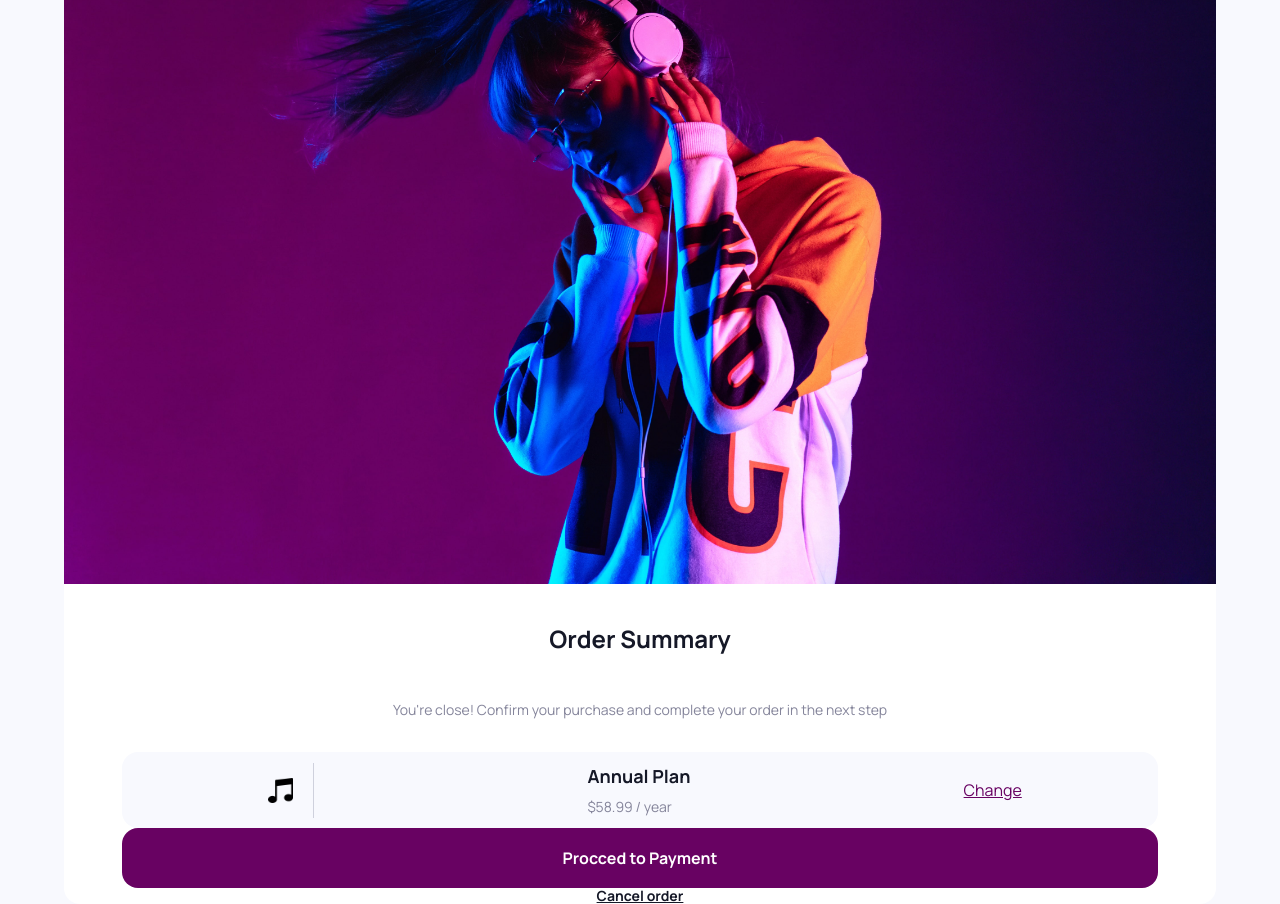
Repository: ssynowiec/INVO-Academy-solution
Page: /
An editor plug-in stored every save of this project. The page is shown before and after the next save, followed by the edit.
The browser window is 1280 px wide. The pictures show the whole page.
The project was rebuilt for these pictures with package versions that can differ from the ones it lists, and the page was loaded fresh each time.

Above is the page before, as saved 2023-03-04 20:19:45.

### index.html
<!DOCTYPE html>
<html lang="en">

<head>
  <meta charset="UTF-8" />
  <link rel="icon" type="image/svg+xml" href="/vite.svg" />
  <meta name="viewport" content="width=device-width, initial-scale=1.0" />
  <title>INVO Academy JS Starter with Vite</title>
</head>

<!-- In order to start your challenge, remove all the content inside <div id="home-page"></div> and start coding :) -->

<body>
  <div id="home-page" class="container">
    <section class="order">
      <img src="/images/girl.jpeg" alt="" class="order-image">
      <h1 class="order-title">Order Summary</h1>
      <p class="order-description">You're close! Confirm your purchase and complete your order in the next step</p>
      <div class="order-summary">
        <img src="/images/music.png" alt="" class="order-icon">
        <div class="product">
          <h2 class="product-name">Annual Plan</h2>
          <p class="product-price">$58.99 / year</p>
        </div>
        <a href="#" class="product-link">Change</a>
      </div>
      <button class="order-button">Procced to Payment</button>
      <a href="#" class="order-link">Cancel order</a>
    </section>
  </div>

  <script type="module" src="/src/global-scripts/main.js"></script>
  <script type="module" src="/src/pages/home-page/scripts/home-page.js"></script>
</body>

</html>

### src/pages/home-page/scripts/home-page.js
/// Homepage JavaScript File
/// Here we import all the JavaScript files we need for our homepage.

import '../styles/home-page.scss';

### src/global-styles/style.scss
/// Main Styles File
/// Here we import all the global Styles files we need for our project.

@import 'styles/normalize.scss';
@import 'styles/root.scss';
@import 'styles/fonts.scss';

body {
	font-family: 'Manrope', sans-serif;
	color: var(--color-primary);
	background-color: var(--color-background);
	display: flex;
	justify-content: center;
	align-items: center;
	height: 100vh;
}

p {
	color: var(--color-on-surface);
}

### src/pages/home-page/styles/home-page.scss
/// Homepage Styles File
/// Here we import all the Styles files we need for our Homepage.

.container {
	display: flex;
	justify-content: center;
	align-items: center;
}

.order {
	display: flex;
	flex-direction: column;
	justify-content: between;
	align-items: center;
	width: 90%;
	border-radius: 16px;
	overflow: hidden;
	background-color: var(--color-white);

	&-image {
		width: 100%;
		height: 20%;
		object-fit: cover;
	}

	&-title {
		font-weight: bold;
		padding-top: 25px;
		font-size: 24px;
		color: var(--color-title);
	}

	&-description {
		font-size: 14px;
		padding: 20px;
		color: var(--color-body);
		text-align: center;
	}

	&-summary {
		display: flex;
		justify-content: space-around;
		align-items: center;
		width: 90%;
		border-radius: 16px;
		background-color: var(--color-background);
	}

	&-icon {
		width: 25px;
		height: 25px;
		padding: 15px 20px 15px 10px;
		border-right: 1px solid var(--color-stroke);
	}

	&-button {
		width: 90%;
		height: 60px;
		padding: 10px;
		border-radius: 16px;
		font-weight: bold;
		font-size: 16px;
		line-height: 160%;
		letter-spacing: -1%;
		border: none;
		background-color: var(--color-primary);
		color: var(--color-white);
		cursor: pointer;

		&:hover {
			background-color: var(--color-primary-hover);
		}
	}

	&-link {
		letter-spacing: -1%;
		// padding-top: 50px;
		font-size: 14px;
		font-weight: bold;
		color: var(--color-title);
	}
}

.product {
	color: var(--color-title);

	&-name {
		font-size: 18px;
		line-height: 18px;
		font-weight: bold;
	}

	&-price {
		font-weight: medium;
		font-size: 14px;
		line-height: 14px;
		color: var(--color-body);
	}

	&-link {
		color: var(--color-primary);
		font-size: 16px;
		line-height: 160%;
	}
}

### src/global-styles/styles/root.scss
/// Root Styles file
/// Here we define all the root variables we need for our project.
/// For examples see Material Design color system: https://m2.material.io/design/color/the-color-system.html

:root {
	--color-primary: #680262;
	--color-primary-hover: #490245;
	--color-background: #f8f9fe;
	--color-title: #151827;
	--color-body: #85859b;
	--color-stroke: #cfd1dd;
	--color-white: #ffffff;
}

### src/global-styles/styles/fonts.scss
/// Main Fonts File
/// Here we import all the fonts files we need for our project.

@import url('https://fonts.googleapis.com/css2?family=Manrope:wght@200;300;400;500;600;700;800&display=swap');

Loaded but not shown: src/global-scripts/main.js (common file); src/global-styles/styles/normalize.scss (common file)

After the next save:
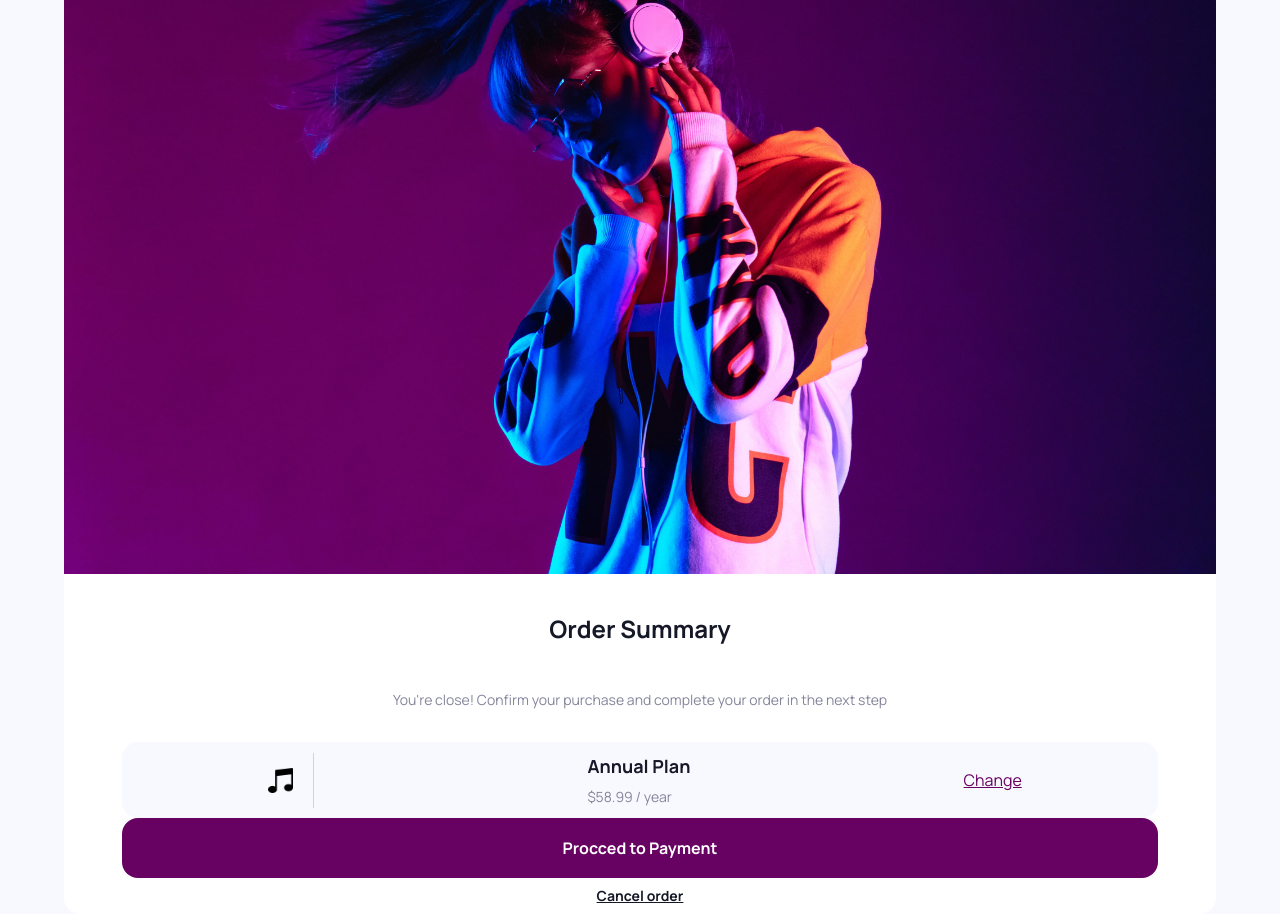
Saved 14 s later.
--- a/src/pages/home-page/styles/home-page.scss
+++ b/src/pages/home-page/styles/home-page.scss
@@ -74,7 +74,7 @@
 
 	&-link {
 		letter-spacing: -1%;
-		// padding-top: 50px;
+		padding: 10px 0;
 		font-size: 14px;
 		font-weight: bold;
 		color: var(--color-title);
